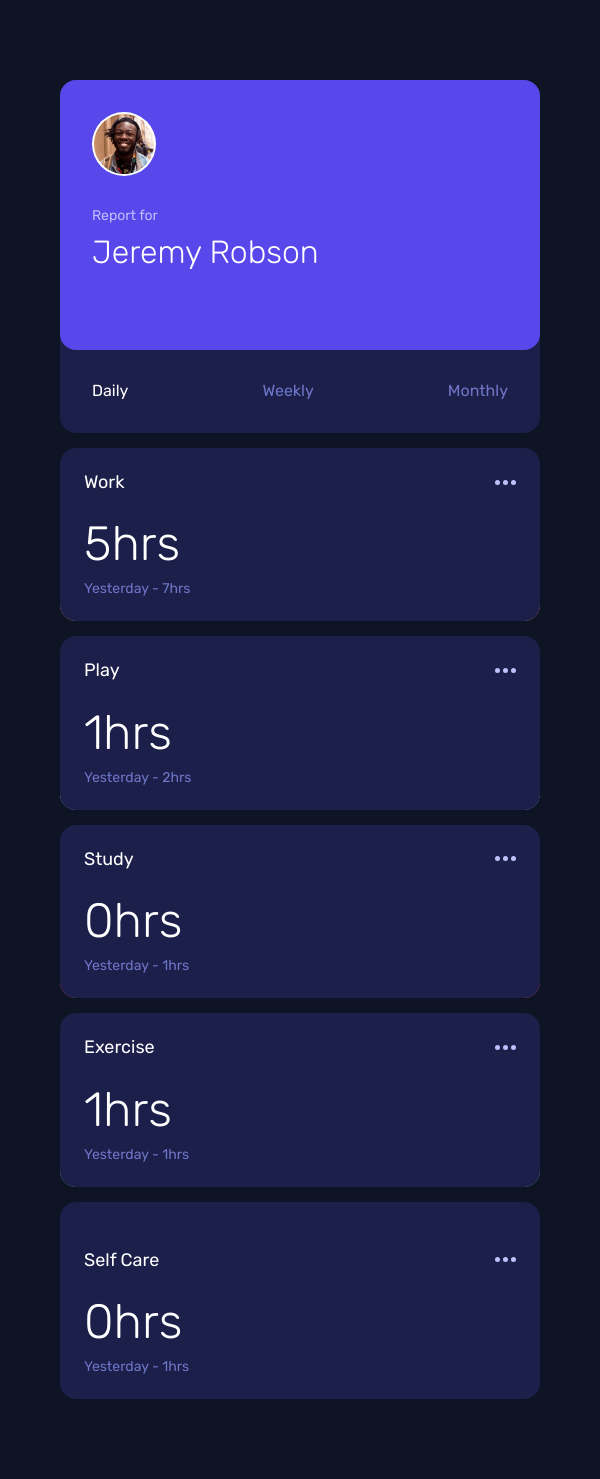
Repository: Jay-JYKim91/FM_time-tracking-dashboard
Page: index.html
The author's editor kept a copy of each file at every save. The page is drawn from the files as they stood at one save, then again after the next save.
The browser window is 600 px wide. The pictures show the whole page.

Above is the page before, as saved 2021-12-19 22:45:15.

After the next save:
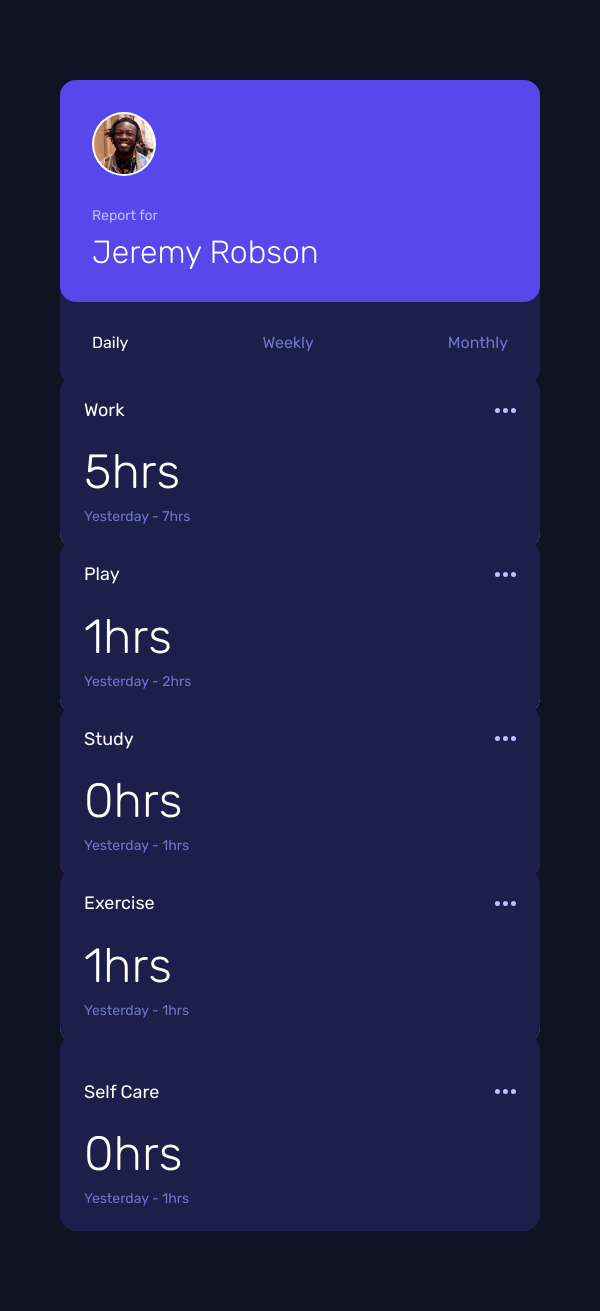
Saved 97 s later.
--- a/style.css
+++ b/style.css
@@ -181,6 +181,9 @@ p {
     grid-template-rows: repeat(7, 1fr);
     margin: 10vh auto;
   }
+  .profile-card--name .name {
+    margin-bottom: 0;
+  }
   .option {
     display: flex;
     justify-content: space-between;
